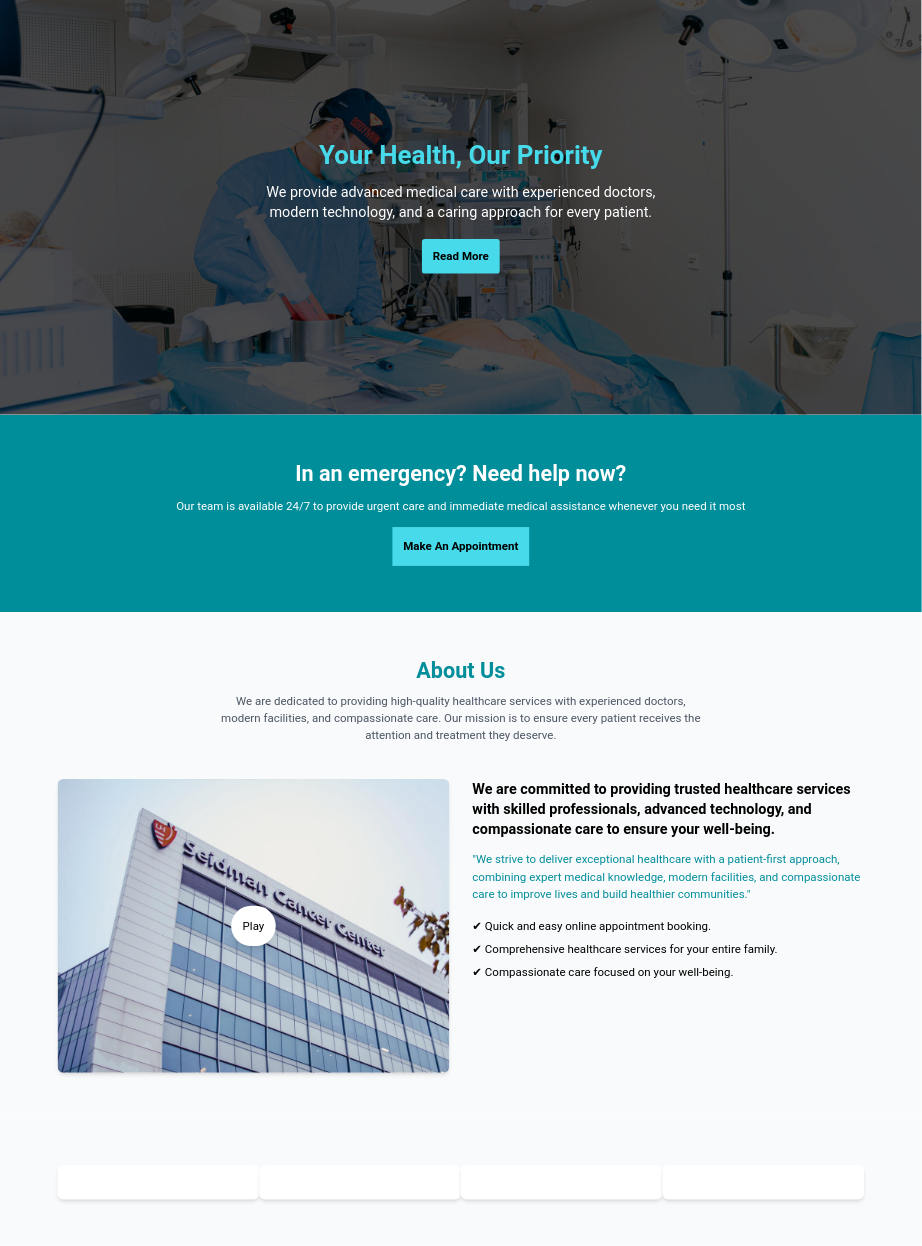
Repository: ahmedkhaleddev02-del/DoctorAppointment-MERN
Page: / (app in frontend/frontend/)
An editor plug-in stored every save of this project. The page is shown before and after the next save, followed by the edit.
The browser window is 1280 px wide. The pictures show the whole page, at 72% of full size.
The page's requests for data from a server got no answer. The project was rebuilt for these pictures with package versions that can differ from the ones it lists, and the page was loaded fresh each time. No one was signed in, and anything a server would have sent is missing.

Above is the page before, as saved 2025-07-27 22:31:53.

After the next save:
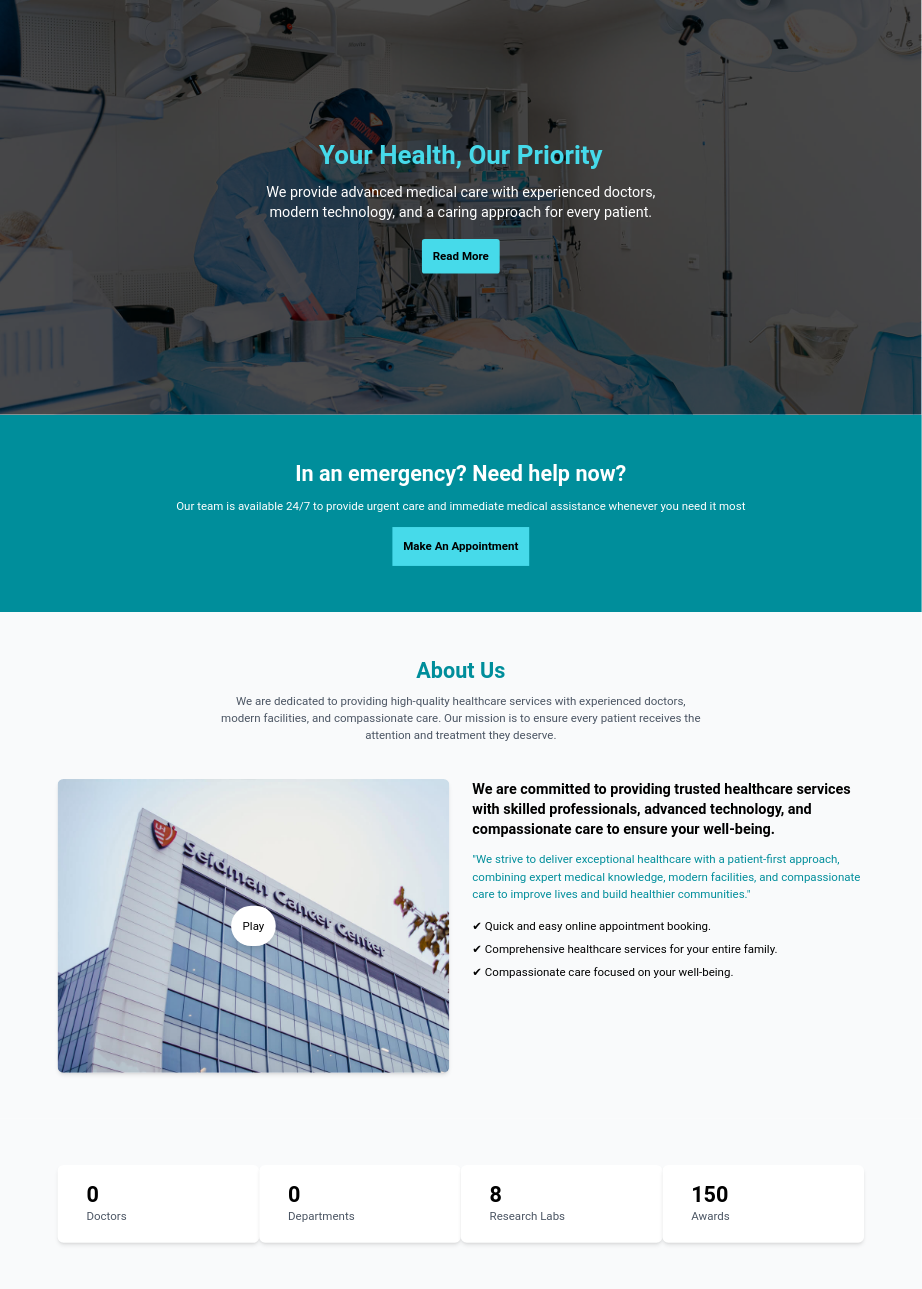
Saved 63 s later.
--- a/frontend/frontend/src/components/Stats.jsx
+++ b/frontend/frontend/src/components/Stats.jsx
@@ -64,6 +64,12 @@
 
                         <i className={`${item.icon} text-[#46daea] text-4xl`}></i>
 
+                        <div>
+                            <span className='text-3xl font-bold block'>{item.count}</span>
+
+                      <p className="text-gray-600">{item.label}</p>
+                         </div>
+
 
                     </div>
                 ))}
